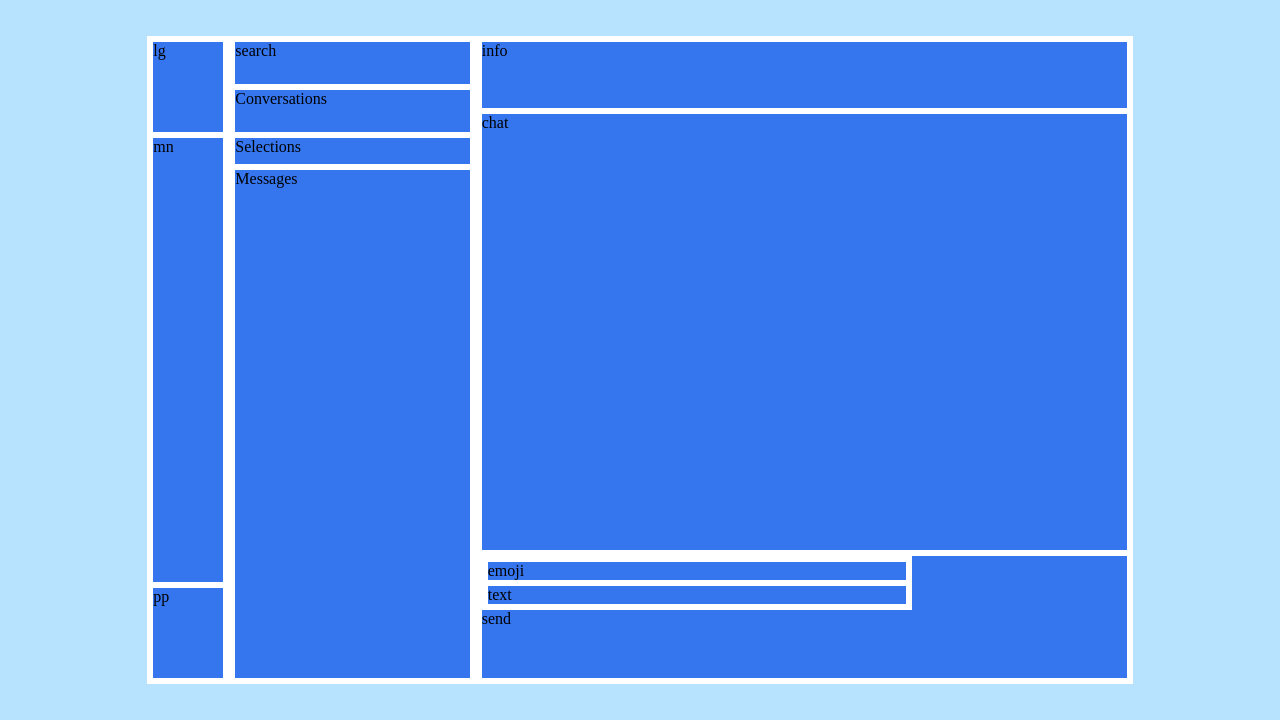
Repository: arafat877/super-chat
Page: /
These files come from the project's save history. The page is drawn as it stood at one moment and after the next save; the edit follows.
The browser window is 1280 px wide. The pictures show the whole page.
The project was rebuilt for these pictures with package versions that can differ from the ones it lists, and the page was loaded fresh each time. Also part of the build but not shown: src/App.scss.

Above is the page before, as saved 2020-08-05 14:59:37.

After the next save:
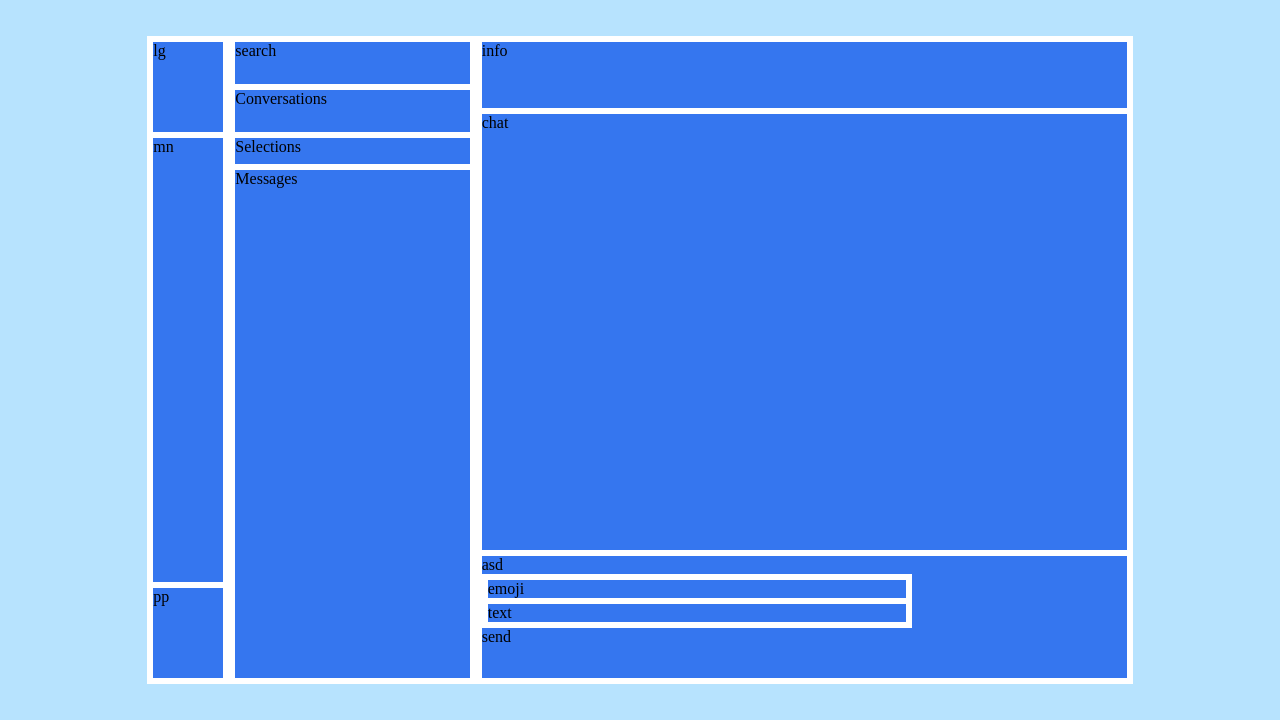
Saved 29 s later.
--- a/src/App.js
+++ b/src/App.js
@@ -128,6 +128,7 @@ function App() {
             chat
           </Grid>
           <Grid item className={classes.c3Input} xs={12}>
+            asd
             <Grid item className={classes.inputC1} xs={8}>
               <Grid item className={classes.iC1Emoji} xs={12}>
                 emoji
